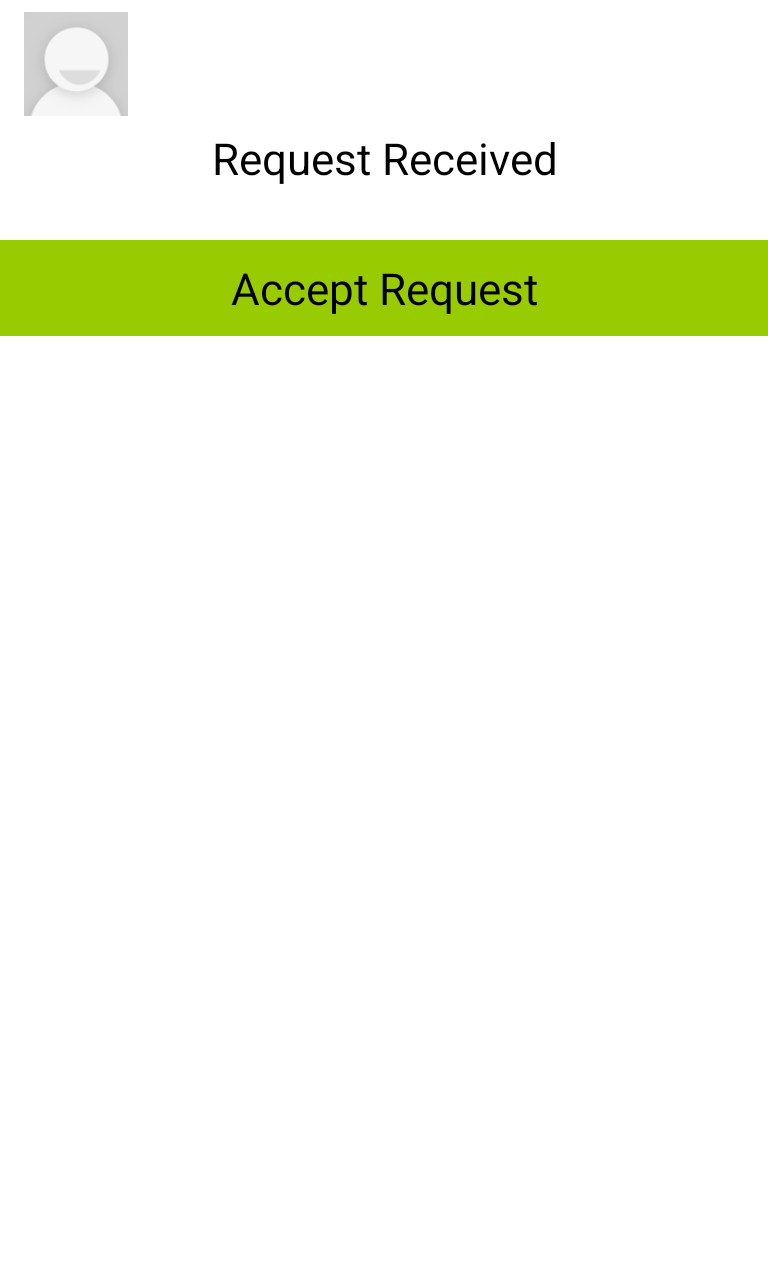
Repository: srivast6/SafeWalk
Layout: android/SafeWalk/res/layout/tryout.xml
An editor plug-in stored every save of this project. The layout is shown before and after the next save, followed by the edit.
It is drawn on a 768 x 1280 px phone screen (xhdpi) without system bars, with theme android:Theme.Holo.Light; the app's code is not run.

Above is the layout before, as saved 2013-11-20 16:19:15.

### android/SafeWalk/res/layout/tryout.xml
<?xml version="1.0" encoding="utf-8"?>
<RelativeLayout xmlns:android="http://schemas.android.com/apk/res/android"
    android:layout_width="match_parent"
    android:layout_height="match_parent" >

    <RelativeLayout
        android:layout_width="fill_parent"
        android:layout_height="?android:attr/listPreferredItemHeight"
        android:padding="6dip"
        android:id="@+id/rltveLayout1">

        <ImageView
            android:id="@+id/icon"
            android:layout_width="wrap_content"
            android:layout_height="fill_parent"
            android:layout_alignParentLeft="true"
            android:src="@drawable/ic_contact_picture" />
    </RelativeLayout>

    <RelativeLayout
        android:id="@+id/rltveLayout2"
        android:layout_width="match_parent"
        android:layout_height="wrap_content"
        android:layout_alignParentLeft="true"
        android:layout_alignParentRight="true"
        android:orientation="vertical"
        android:layout_below="@id/rltveLayout1" >

        <TextView
            android:id="@+id/tV_RqstResvd"
            android:layout_width="match_parent"
            android:layout_height="wrap_content"
            android:layout_alignParentTop="true"
            android:gravity="center"
            android:text="Request Received"
            android:textAppearance="?android:attr/textAppearanceLarge" />

        <Button
            android:id="@+id/AcceptButton"
            android:layout_width="match_parent"
            android:layout_height="wrap_content"
            android:layout_alignTop="@id/tV_RqstResvd"
            android:layout_below="@id/tV_RqstResvd"
            android:layout_marginTop="56dp"
            android:background="@android:color/holo_green_light"
            android:gravity="center"
            android:text="Accept Request"
            android:textSize="22dp" />
    </RelativeLayout>

</RelativeLayout>

After the next save:
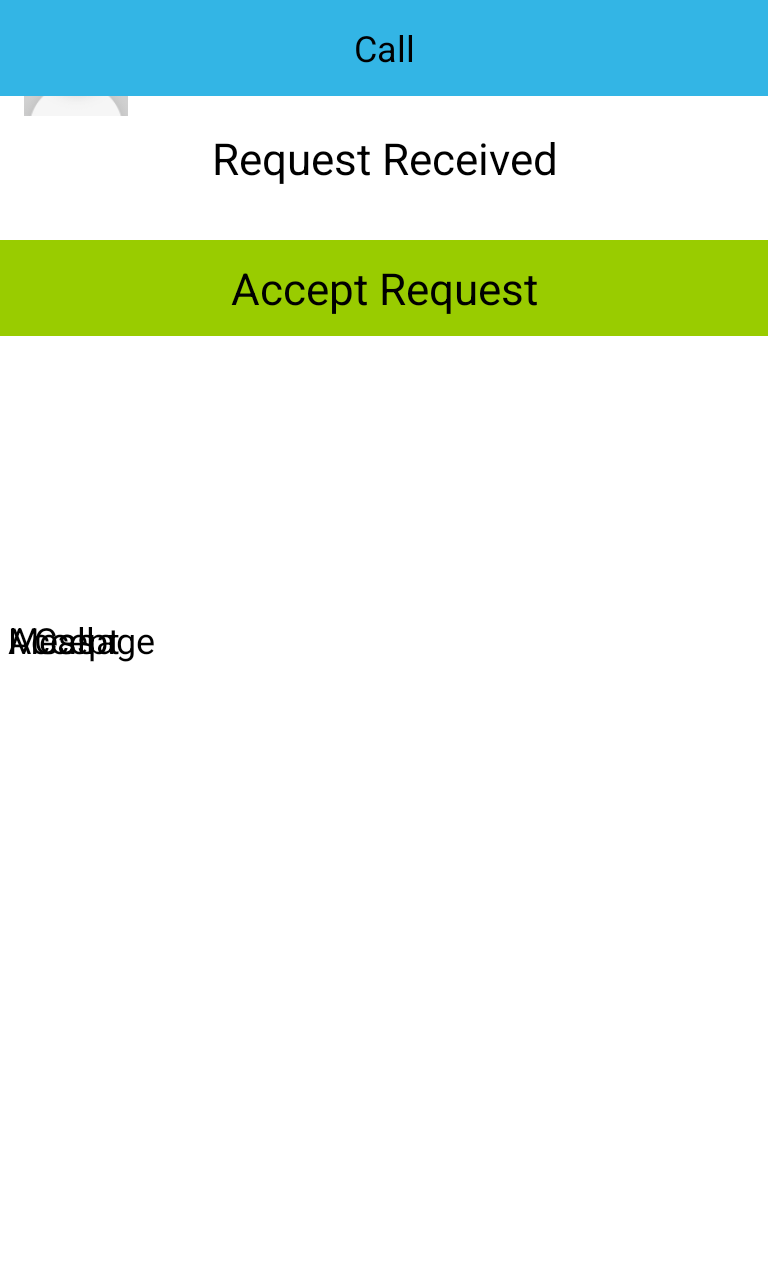
Saved 55 s later.
--- a/android/SafeWalk/res/layout/tryout.xml
+++ b/android/SafeWalk/res/layout/tryout.xml
@@ -4,10 +4,10 @@
     android:layout_height="match_parent" >
 
     <RelativeLayout
+        android:id="@+id/rltveLayout1"
         android:layout_width="fill_parent"
         android:layout_height="?android:attr/listPreferredItemHeight"
-        android:padding="6dip"
-        android:id="@+id/rltveLayout1">
+        android:padding="6dip" >
 
         <ImageView
             android:id="@+id/icon"
@@ -23,8 +23,8 @@
         android:layout_height="wrap_content"
         android:layout_alignParentLeft="true"
         android:layout_alignParentRight="true"
-        android:orientation="vertical"
-        android:layout_below="@id/rltveLayout1" >
+        android:layout_below="@id/rltveLayout1"
+        android:orientation="vertical" >
 
         <TextView
             android:id="@+id/tV_RqstResvd"
@@ -48,4 +48,50 @@
             android:textSize="22dp" />
     </RelativeLayout>
 
+    <RelativeLayout
+        android:id="@+id/linearLayout1"
+        style="?android:attr/buttonBarStyle"
+        android:layout_width="wrap_content"
+        android:layout_height="wrap_content"
+        android:layout_alignParentBottom="true"
+        android:layout_alignTop="@+id/linearLayout3"
+        android:orientation="horizontal" >
+
+        <Button
+            android:id="@+id/callButton"
+            android:layout_width="156dp"
+            android:layout_height="wrap_content"
+            android:layout_alignParentLeft="true"
+            android:layout_alignParentRight="true"
+            android:layout_marginBottom="22dp"
+            android:layout_weight="0"
+            android:background="@android:color/holo_blue_light"
+            android:orientation="horizontal"
+            android:text="Call" />
+
+        <Button
+            android:id="@+id/btn_callSafewalk"
+            style="?android:attr/buttonBarButtonStyle"
+            android:layout_width="wrap_content"
+            android:layout_height="fill_parent"
+            android:layout_weight="0.35"
+            android:text="Accept" />
+
+        <Button
+            android:id="@+id/btn_callPolice2"
+            style="?android:attr/buttonBarButtonStyle"
+            android:layout_width="wrap_content"
+            android:layout_height="fill_parent"
+            android:layout_weight="0.33"
+            android:text="Call" />
+
+        <Button
+            android:id="@+id/btn_callPolice"
+            style="?android:attr/buttonBarButtonStyle"
+            android:layout_width="wrap_content"
+            android:layout_height="fill_parent"
+            android:layout_weight="0.33"
+            android:text="Message" />
+    </RelativeLayout>
+
 </RelativeLayout>
